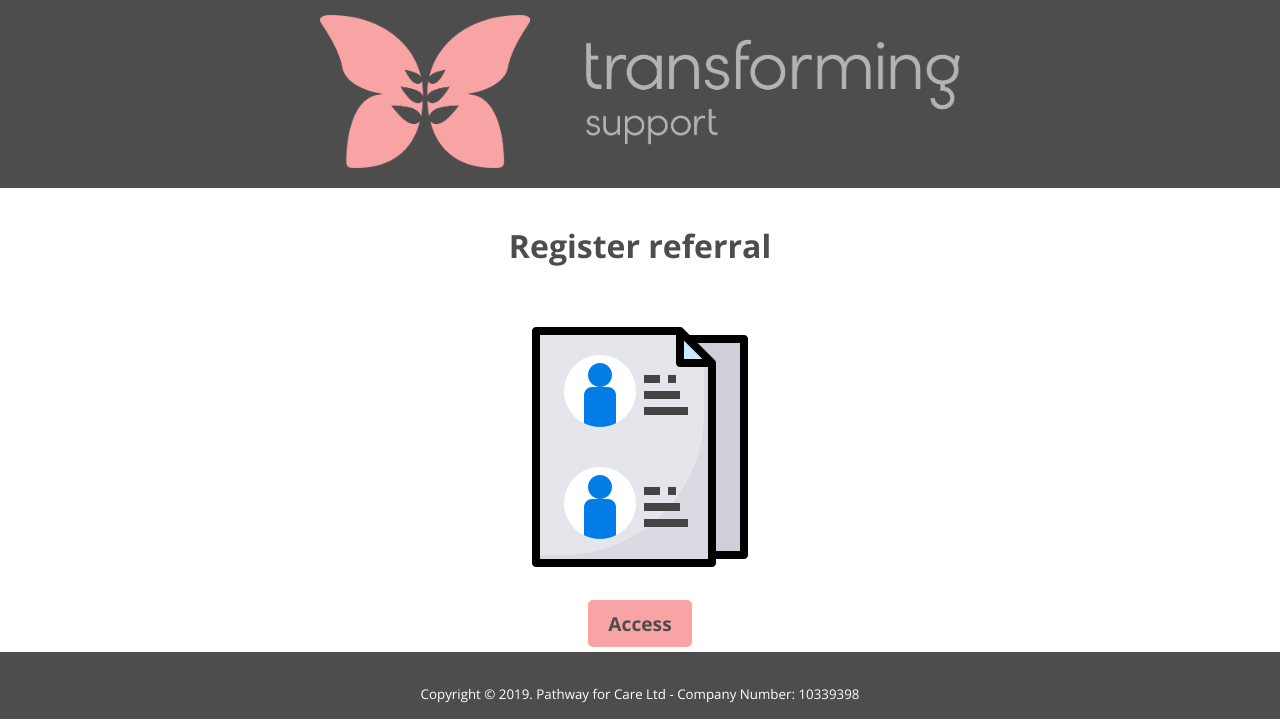
Repository: israelrodriguees/QAactivity
Page: http://localhost/referral/index.jsp
The author's editor kept a copy of each file at every save. The page is drawn from the files as they stood at one save, then again after the next save.
The browser window is 1280 px wide. The pictures show the whole page.
The page is served by Tomcat 9.

Above is the page before, as saved 2021-09-08 14:40:30.

After the next save:
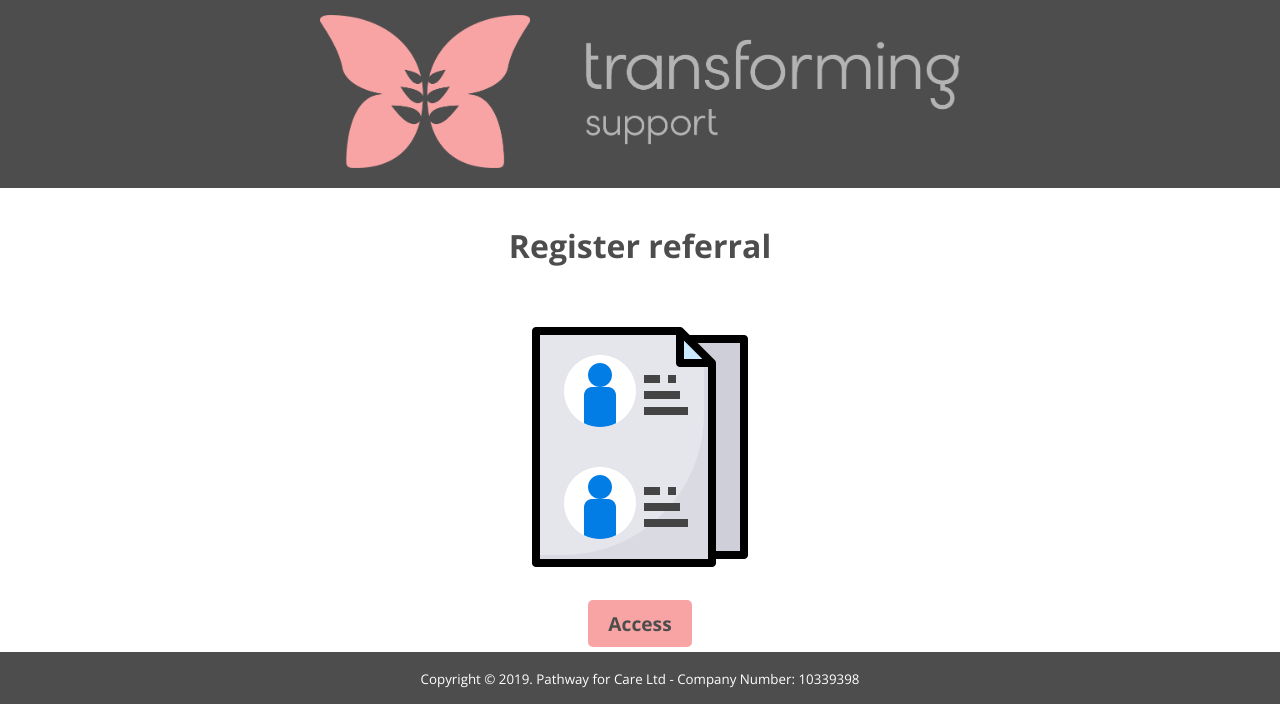
Saved 47 s later.
--- a/referral/src/main/webapp/style.css
+++ b/referral/src/main/webapp/style.css
@@ -50,9 +50,7 @@
 footer{
     background-color: #4d4d4d;
     grid-area: foot;
-    text-align: center;
     color: #ffffff;
-    padding-top: 15px;
 }
 
 #TS {
